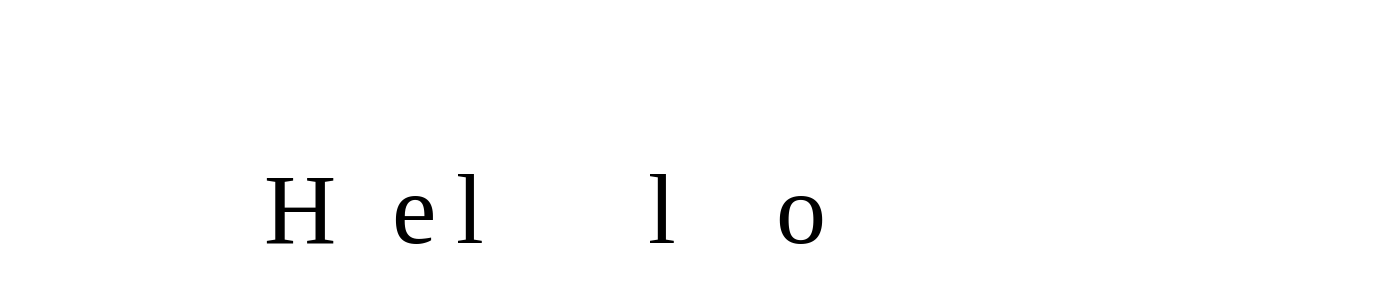
Repository: julihocc/javascript-interview-practice
Page: 01 HTML CSS/Exercise 75/index.html
An editor plug-in stored every save of this project. The page is shown before and after the next save, followed by the edit.
The browser window is 1280 px wide. The page is 1400 px wide, so the pictures cover 1400 px, including what lies to the right of the window. The pictures show the whole page.

Above is the page before, as saved 2022-09-30 00:24:15.

### 01 HTML CSS/Exercise 75/index.html

<!DOCTYPE html>
<!--[if lt IE 7]>      <html class="no-js lt-ie9 lt-ie8 lt-ie7"> <![endif]-->
<!--[if IE 7]>         <html class="no-js lt-ie9 lt-ie8"> <![endif]-->
<!--[if IE 8]>         <html class="no-js lt-ie9"> <![endif]-->
<!--[if gt IE 8]>      <html class="no-js"> <!--<![endif]-->
<html>
    <head>
        <meta charset="utf-8">
        <meta http-equiv="X-UA-Compatible" content="IE=edge">
        <title></title>
        <meta name="description" content="">
        <meta name="viewport" content="width=device-width, initial-scale=1">
        <link rel="stylesheet" href="./style.css">
    </head>
    <body>
        <div class="wrapper">
            <div class="letter" id="l1">H</div>
            <div class="letter" id="l2">e</div>
            <div class="letter" id="l3">l</div>
            <div class="letter" id="l4">l</div>
            <div class="letter" id="l5">o</div>
        </div>
        <script src="" async defer></script>
    </body>
</html>

### 01 HTML CSS/Exercise 75/style.css
.wrapper {
    position: relative;
    left: 10vw;
    /* font-size:  100px; */
}

.letter{
    position: absolute;
    font-size: 100px;
    top: 20vh;
}

.letter:hover {
    position: absolute;
    font-size: 300px;
    top: 5vh;
}

#l1, #l1:hover {
    left: 10vw;
}

#l2, #l2:hover {
    left: 20vw;
}

#l3, #l3:hover {
    left: 25vw;
}

#l4, #l4:hover {
    left: 40vw;
}

#l5, #l5:hover {
    left: 50vw;
}

After the next save:
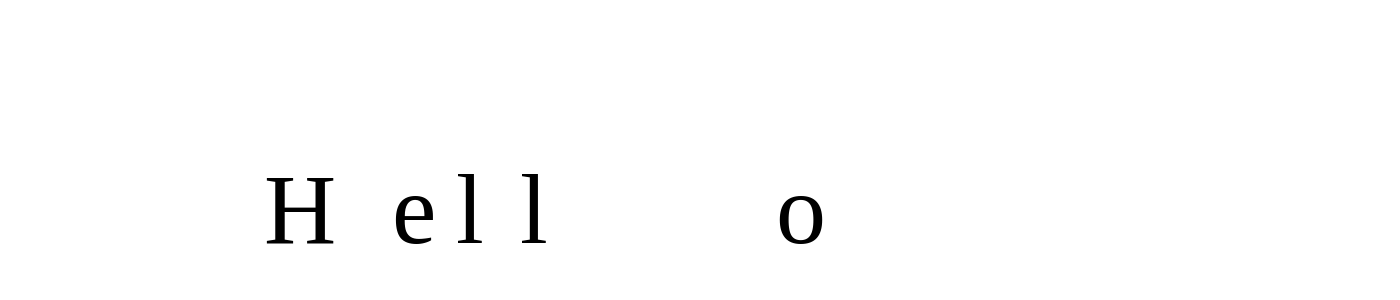
Saved 2 s later.
--- a/01 HTML CSS/Exercise 75/style.css
+++ b/01 HTML CSS/Exercise 75/style.css
@@ -29,7 +29,7 @@
 }
 
 #l4, #l4:hover {
-    left: 40vw;
+    left: 30vw;
 }
 
 #l5, #l5:hover {
